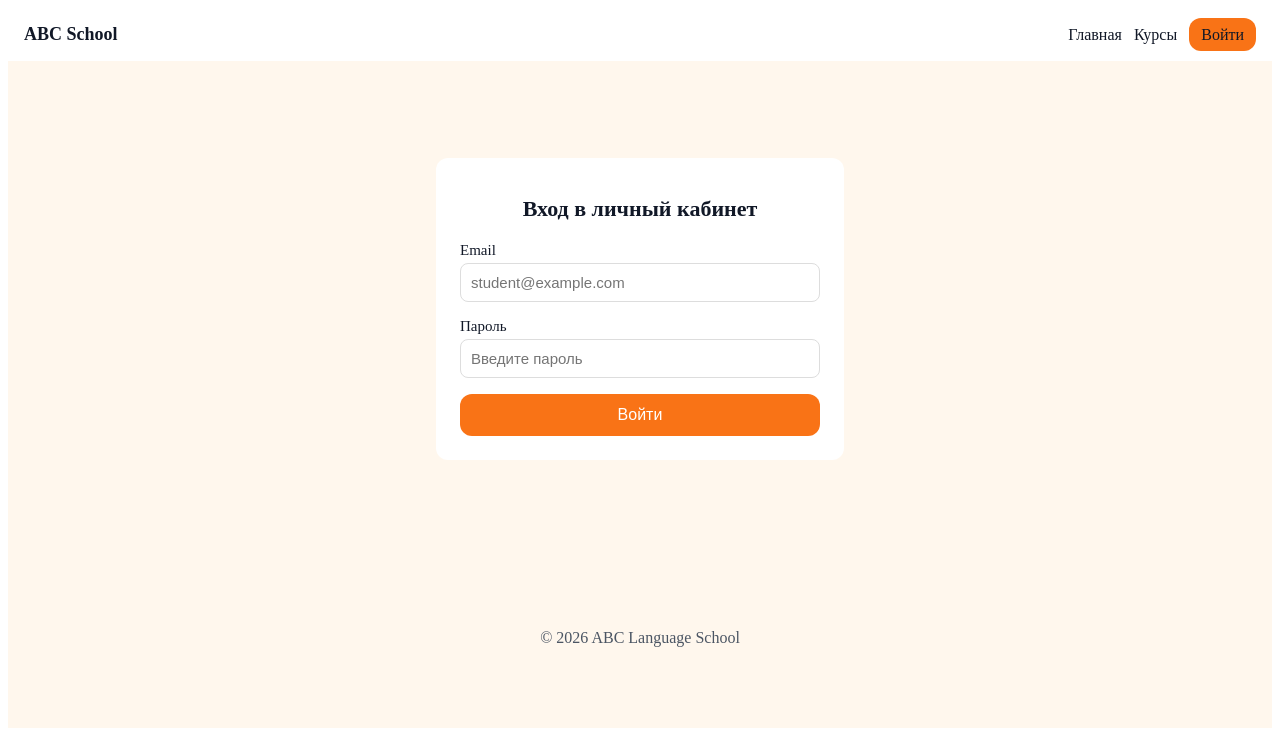
Repository: vidergooold/abc-language-school
Page: /login (app in frontend/)
These files come from the project's save history. The page is drawn as it stood at one moment and after the next save; the edit follows.
The browser window is 1280 px wide. The pictures show the whole page.
The project was rebuilt for these pictures with package versions that can differ from the ones it lists, and the page was loaded fresh each time. Also part of the build but not shown: frontend/vite.config.ts, frontend/src/components/ui/BaseButton.vue, frontend/src/stores/enrollment.ts, frontend/src/components/home/LeadForm.vue, frontend/src/components/home/HeroSection.vue, frontend/src/components/home/StatsBlock.vue, frontend/src/components/home/CoursesPreview.vue, frontend/src/pages/Home.vue and 8 more.

Above is the page before, as saved 2026-01-10 18:45:25.

After the next save:
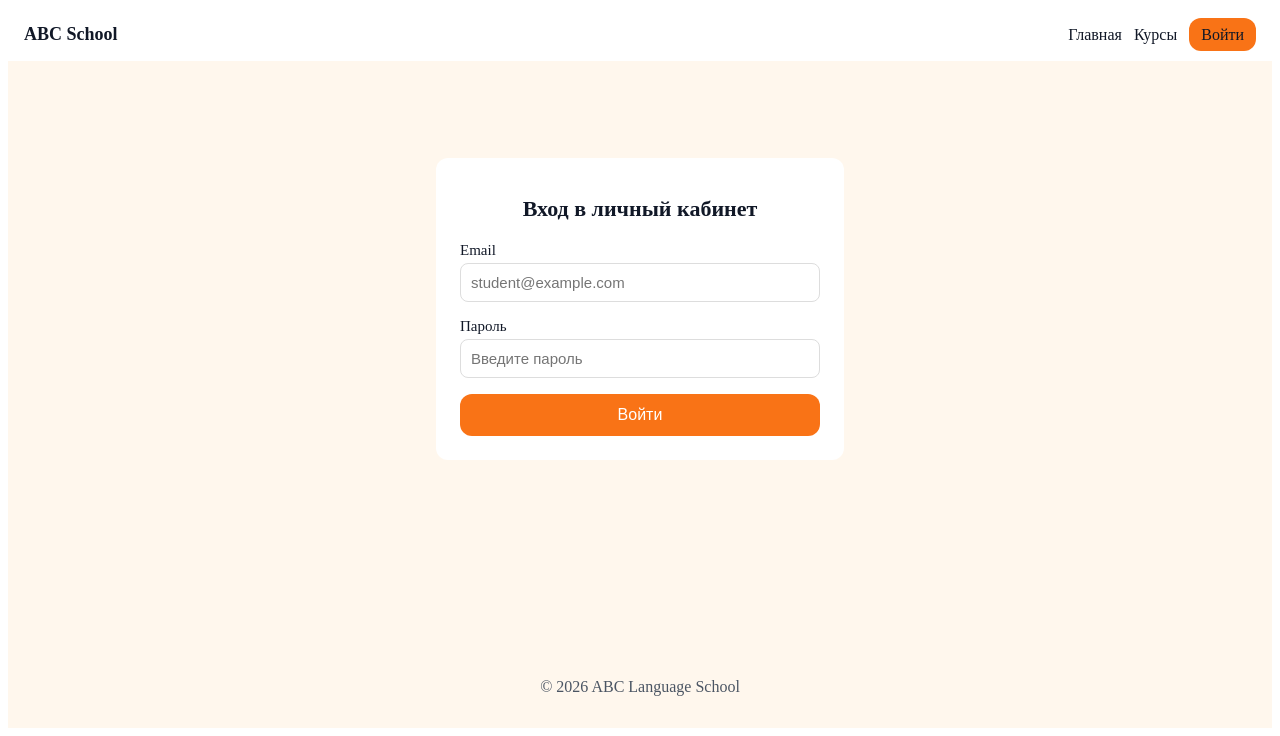
Saved 34 s later.
--- a/frontend/src/App.vue
+++ b/frontend/src/App.vue
@@ -16,13 +16,15 @@ import Footer from './components/layout/Footer.vue'
 <style scoped>
 .app {
   min-height: 100vh;
+  display: flex;
+  flex-direction: column;
   background: var(--bg-main);
   color: var(--text-main);
   font-size: var(--font-size-base);
 }
 
 .app-main {
-  flex: 1;
+  flex: 1; /* растягиваем контент, футер падает вниз */
   padding: 16px;
 }
 </style>
